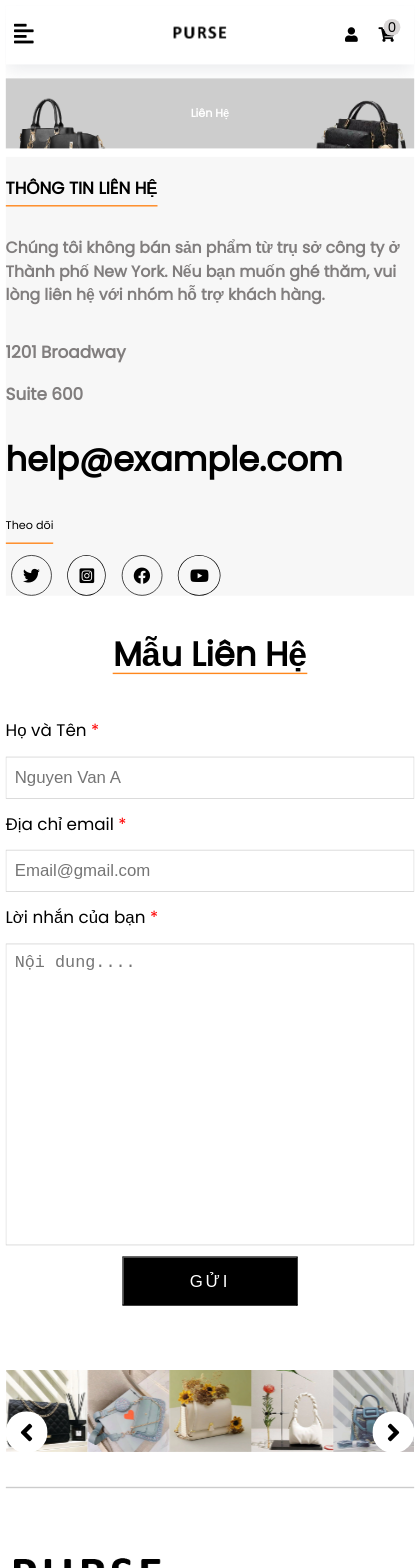
Repository: minh352623/project_firebase
Page: contact.html
An editor plug-in stored every save of this project. The page is shown before and after the next save, followed by the edit.
The browser window is 600 px wide. The pictures show the part of the page from y = 0 to 2240 px (the page is 3252 px tall before and 3186 px after), at 70% of full size.
Some web libraries are served in a nearby version.

Above is the page before, as saved 2022-05-12 20:06:10.

After the next save:
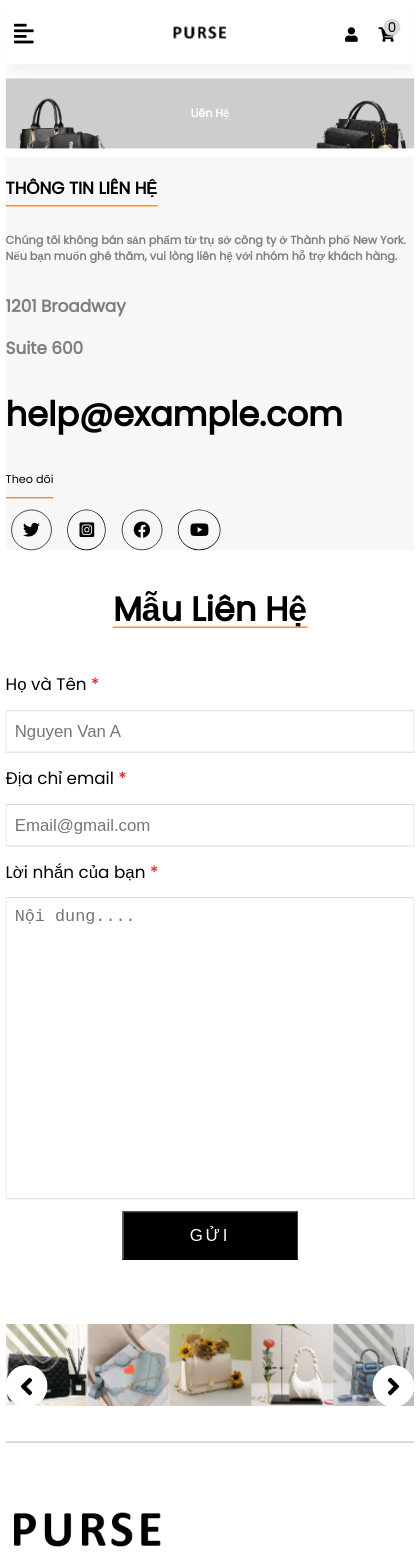
Saved 84 s later.
--- a/assets/css/reponsive.css
+++ b/assets/css/reponsive.css
@@ -183,7 +183,7 @@
     }
 
     /* contact */
-    .contact-content{
+    .contact-info > p:nth-child(2){
         font-size: 1rem;
     }
 }
